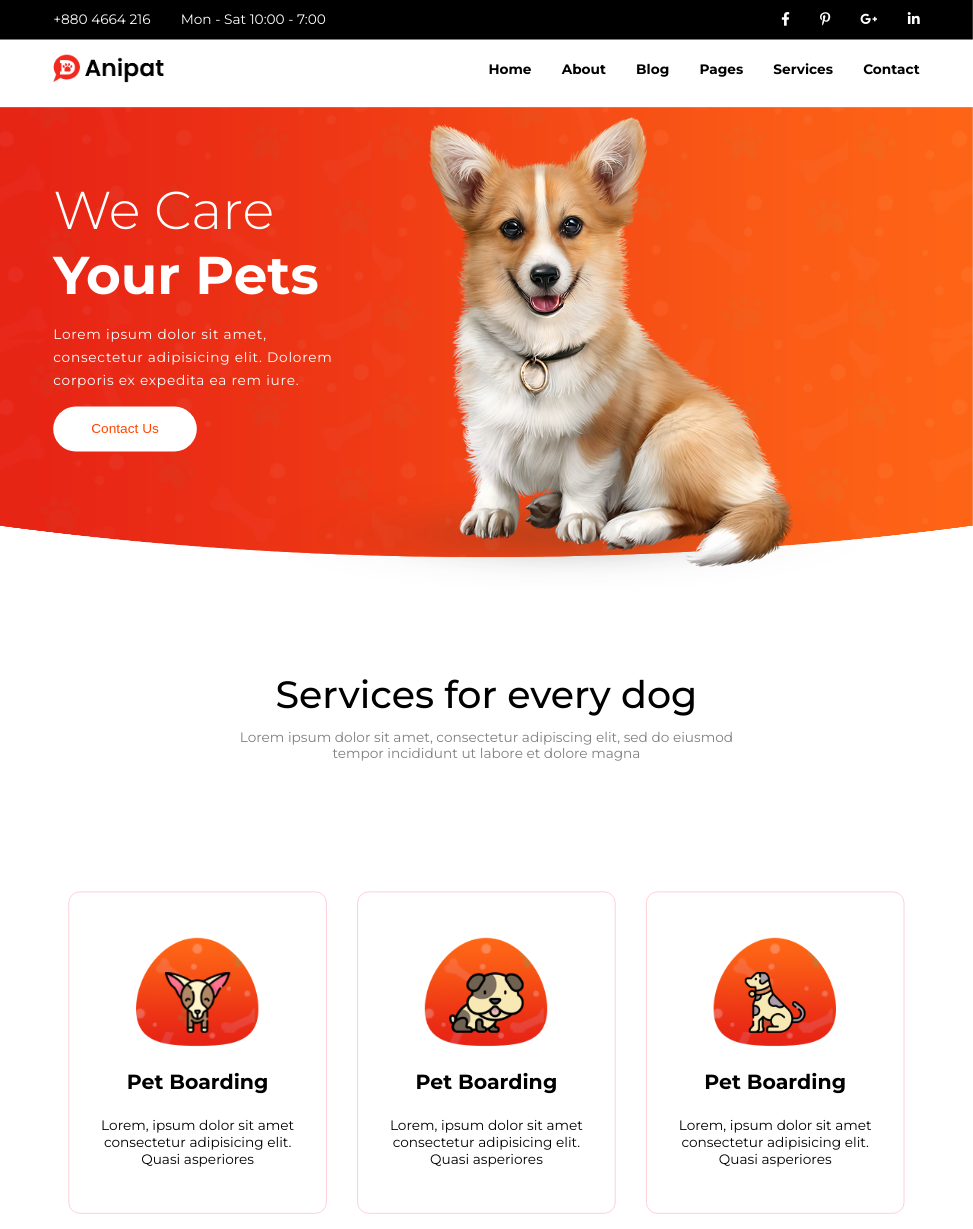
Repository: giahuy405/Day_2_Anipat
Page: index.html
An editor plug-in stored every save of this project. The page is shown before and after the next save, followed by the edit.
The browser window is 1280 px wide. The pictures show the whole page, at 76% of full size.

Above is the page before, as saved 2022-09-08 23:26:52.

### index.html
<!DOCTYPE html>
<html lang="en">
<head>
    <meta charset="UTF-8">
    <meta http-equiv="X-UA-Compatible" content="IE=edge">
    <meta name="viewport" content="width=device-width, initial-scale=1.0">
    <title>Anipat</title>
    <link rel="stylesheet" href="https://cdnjs.cloudflare.com/ajax/libs/font-awesome/6.2.0/css/all.min.css">
    <link href="https://fonts.googleapis.com/css2?family=Montserrat:wght@300;400;500;700&display=swap" rel="stylesheet">
    <link rel="stylesheet" href="./css/index.css">
</head>
<body>
    <header>
        <div class="header-top">
            <div class="container">
                <div class="header__contact">
                    <a href="#">+880 4664 216 </a>
                    <span>Mon - Sat 10:00 - 7:00</span>
                </div>
                <div class="header__social">
                    <ul>
                        <li><a href="#"><i class="fa-brands fa-facebook-f"></i></a></li>
                        <li><a href="#"><i class="fa-brands fa-pinterest-p"></i></a></li>
                        <li><a href="#"><i class="fa-brands fa-google-plus-g"></i></a></li>
                        <li><a href="#"><i class="fa-brands fa-linkedin-in"></i></a></li>
                    </ul>
                </div>
                <div class="clear"></div>
            </div>
        </div>
        <div class="header-bottom container">
            <img src="./img/logo.png" alt="Logo">
            <ul>
                <li><a href="#">Home</a></li>
                <li><a href="#">About</a></li>
                <li><a href="#">Blog</a></li>
                <li><a href="#">Pages</a></li>
                <li><a href="#">Services</a></li>
                <li><a href="#">Contact</a></li>
            </ul>
            <div class="clear"></div>
        </div>

    </header>
    <div class="carousel">
        <div class="container">
            <div class="carousel__content">
                <h1>We Care</h1>
                <h2>Your Pets</h2>
                <p>Lorem ipsum dolor sit amet, consectetur adipisicing elit. Dolorem corporis ex expedita ea rem iure.</p>
                <button>Contact Us</button>
            </div>
            <div class="carousel__dog">
                <img src="./img/dog.png" alt="Dog">
            </div>
            <div class="clear"></div>
        </div>
    </div>
    <div class="service">
        <div class="service-top">
            <h1>Services for every dog</h1>
            <p>Lorem ipsum dolor sit amet, consectetur adipiscing elit, sed do eiusmod tempor incididunt ut labore et dolore magna</p>
        </div>
        <div class="service-bottom container">
            <div class="service-card">
                <div class="service__item">
                    <div class="service__background">
                        <img src="./img/service_icon_1.png" alt="">
                    </div>
                    <h2>Pet Boarding</h2>
                    <p>Lorem, ipsum dolor sit amet consectetur adipisicing elit. Quasi asperiores</p>
                </div>
            </div>
            <div class="service-card">
                <div class="service__item">
                    <div class="service__background">
                        <img src="./img/service_icon_2.png" alt="">
                    </div>
                    <h2>Pet Boarding</h2>
                    <p>Lorem, ipsum dolor sit amet consectetur adipisicing elit. Quasi asperiores</p>
                </div>
            </div>
            <div class="service-card">
                <div class="service__item">
                    <div class="service__background">
                        <img src="./img/service_icon_3.png" alt="">
                    </div>
                    <h2>Pet Boarding</h2>
                    <p>Lorem, ipsum dolor sit amet consectetur adipisicing elit. Quasi asperiores</p>
                </div>
            </div>
            <div class="clear"></div>
        </div>
    </div>
</body>
</html>

### css/index.css
*{
    padding: 0;
    margin: 0;
    box-sizing: border-box;
}
.clear{
    clear: both;
}
html{
    font-size: 18px;
    font-family: 'Montserrat', sans-serif;
}
.container{
    width: 1140px;
    margin: 0 auto;
}
.header__contact{
    float: left;
}
.header__social{
    float: right;
}
.header-top{
    background-color: black;
    padding: 15px;
}
.header__contact a{
     color: white;
     text-decoration: none;
     transition: all 0.2s;
}
.header__contact a:hover{
    color: red;
}
.header__contact span{
    color: white;
    margin-left: 35px;
}
.header__social ul,.header-bottom ul{
    list-style: none;
}
.header__social li,.header-bottom li{
    display: inline;
    margin-left: 35px;
}
.header__social i{
    color: white;
    transition: all 0.2s;
}
.header__social i:hover{
    color: red;
}
.header-bottom ul{
    float: right;
}
.header-bottom a{
    text-decoration: none;
    font-weight: bold;
    color: black;
    transition: all 0.2;
    line-height: 40px;
}
.header-bottom a:hover{
    color: red;
}
.header-bottom{
    padding: 20px 0;
}
.carousel{
    background-image: url(../img/banner.png);
    background-position: center bottom;
    background-repeat: no-repeat;
    background-size: 100%;
    height: 600px;
    position: relative;
    margin-bottom: 150px;
}
.carousel__content{
    float: left;
    width: 33%;
    padding-top: 100px;
}
.carousel__dog{
    float: left;
    width: 67%;
    position: absolute;
    top: -10px;
    left: 315px;
    padding: 30px;
}
.carousel__content h1{
    color: white;
    font-size: 70px;
    font-weight: 300;
}
.carousel__content h2{
    color: white;
    font-size: 70px;
    font-weight: 700;
}
.carousel__content p{
    color: white;
    line-height: 30px;
    letter-spacing: 1px;
    margin: 20px 0;
}
.carousel__content button{
    padding: 19px 50px;
    border-radius: 30px;
    border: none;
    font-size: 18px;
    background-color: white;
    color: orangered;
    cursor: pointer;
}
.carousel__content button:hover{
    background-color: orangered;
    color: white;
}
.carousel__dog img{
    width: 100%;

}
.service{
    text-align: center;
}
.service-top h1{
    font-weight: 500;
    font-size: 50px;
    margin-bottom: 15px;
}
.service-top p{
    padding: 0 300px;
    color: grey;
}
.service-top{
    margin-bottom: 150px;
}
.service-card{
    float: left;
    width: 33.3333%;
}
.service__background{
    background-image: url(../img/service_icon_bg_1.png);
    width: 161px;
    height: 143px;
    background-position: center;
    margin: 0 auto;
}
.service__item{
    border: 1px solid pink;
    border-radius: 15px;
    padding: 60px 40px;
}
.service-card{
    padding: 20px;
}
.service__item img{
    padding-top: 45px;
}
.service__item h2{
    margin: 30px 0;
}

After the next save:
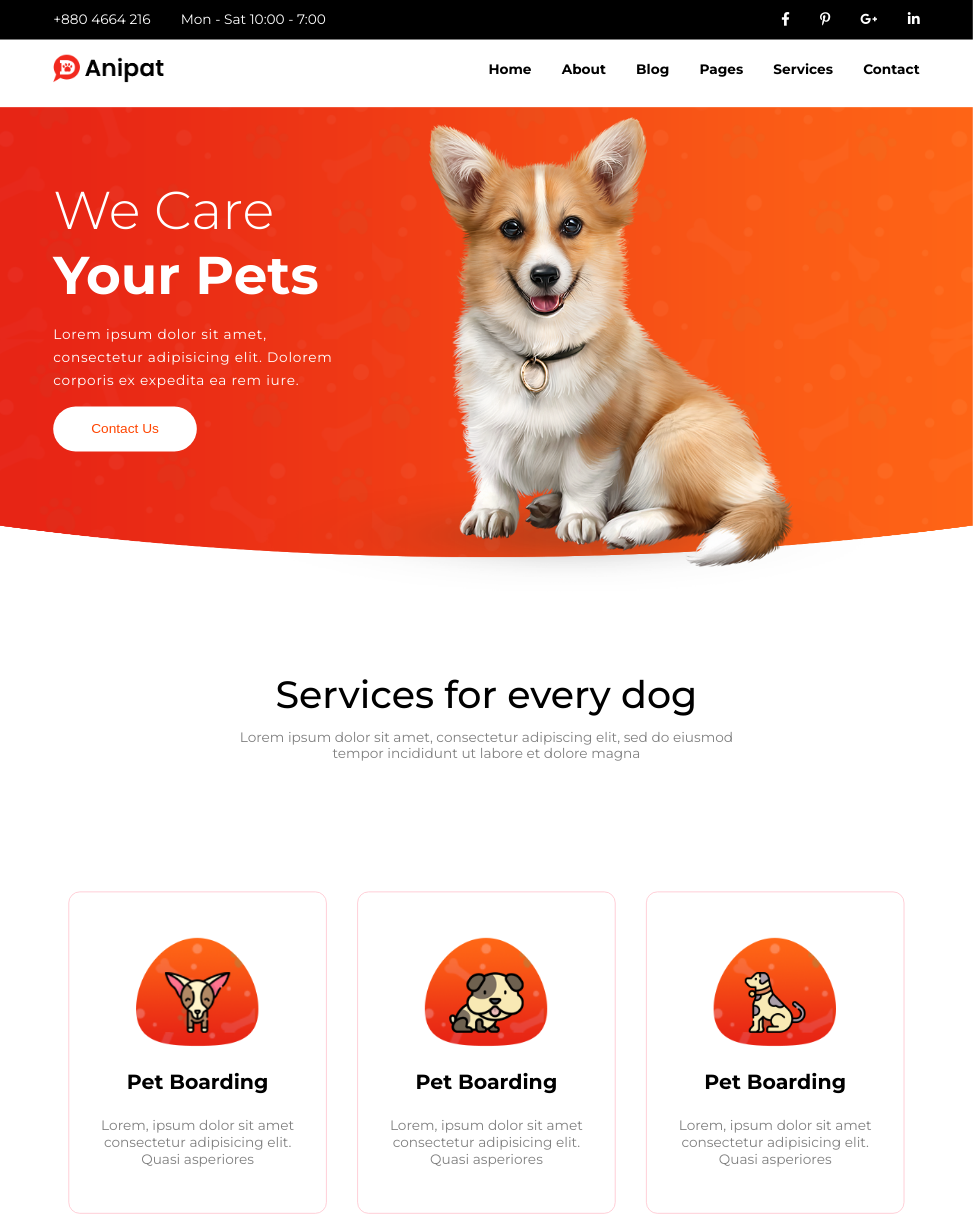
Saved 24 s later.
--- a/css/index.css
+++ b/css/index.css
@@ -161,3 +161,6 @@ html{
 .service__item h2{
     margin: 30px 0;
 }
+.service__item p{
+    color: grey;
+}
